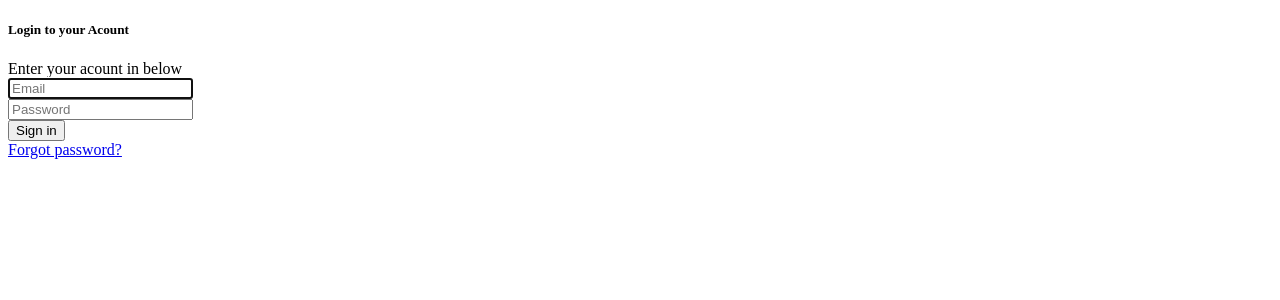
Repository: dionannd/laravel-inventory
Page: http://localhost/login
These files come from the project's save history. The page is drawn as it stood at one moment and after a run of saves; the edit follows.
The browser window is 1280 px wide. The pictures show the whole page.
The page is served by the project's Laravel application, run on PHP 8.4 with Laravel 8. Other server files are loaded and not shown.

Above is the page before, as saved 2019-08-02 19:28:01.

### app/Helpers/Helper.php
<?php

/**
 * Set any link as active by adding active class.
 * @param [url] $uri  Current URI.
 * @param string $output CSS class name.
 */

function set_active($uri, $output = 'active')
{
	if ( is_array($uri) ) {
		foreach ($uri as $u) {
			if (Route::is($u)) {
				return $output;
			}
		}
	} else {
		if (Route::is($uri)) {
			return $output;
		}
	}
}

function set_open($uri, $output = 'nav-item-expanded nav-item-open')
{
	if ( is_array($uri) ) {
		foreach ($uri as $u) {
			if (Route::is($u)) {
				return $output;
			}
		}
	} else {
		if (Route::is($uri)) {
			return $output;
		}
	}
}

### app/Providers/AppServiceProvider.php
<?php

namespace App\Providers;

use Illuminate\Support\ServiceProvider;
use Illuminate\Support\Facades\Blade;

class AppServiceProvider extends ServiceProvider
{
    /**
     * Register any application services.
     *
     * @return void
     */
    public function register()
    {
        //
    }

    /**
     * Bootstrap any application services.
     *
     * @return void
     */
    public function boot()
    {
        Blade::withoutComponentTags();
    }
}

### routes/web.php
<?php

use Illuminate\Support\Facades\Route;

/*
|--------------------------------------------------------------------------
| Web Routes
|--------------------------------------------------------------------------
|
| Here is where you can register web routes for your application. These
| routes are loaded by the RouteServiceProvider within a group which
| contains the "web" middleware group. Now create something great!
|
*/

Route::get('/', function () {
    return view('auth.login');
});

Auth::routes();

Route::group(['middleware' => 'auth:web'], function(){
    Route::get('/home', 'HomeController@index')->name('home');
    // Category Route
    Route::resource('category', 'CategoryController');
    // Place Route
    Route::resource('/place', 'PlaceController');
    // Product Route
    Route::get('/product/delete/{id}','ProductController@destroy')->name('product.destroy');
    Route::resource('/product', 'ProductController');
    // Customer Route
    Route::get('/customer/delete/{id}', 'CustomerController@destroy')->name('customer.destroy');
    Route::resource('/customer', 'CustomerController');
    // Supplier Route
    Route::get('/supplier/delete/{id}', 'SupplierController@destroy')->name('supplier.destroy');
    Route::resource('/supplier', 'SupplierController');
    // Sales Route
    Route::get('/sales/delete/{id}', 'SalesController@destroy')->name('sales.destroy');
    Route::resource('/sales', 'SalesController');
    // Price Sales from Product
    Route::post('/sales/price', 'SalesController@getPrice')->name('sales.price');
    // Inovoice Sales
    Route::get('sales/show/{id}', 'SalesController@show')->name('sales.show');
    // Purchase Route
    Route::get('/purchase/delete/{id}', 'PurchaseController@destroy')->name('purchase.destroy');
    Route::resource('/purchase', 'PurchaseController');
    // Approve Purchase
    Route::get('/purchase/approve/{id}', 'PurchaseController@approve')->name('purchase.approve');
    // Excel Purchase
    Route::get('purchase/export_pdf/{id}', 'PurchaseController@export_pdf')->name('purchase.pdf');
    // Invoice Purchase
    Route::get('purchase/show/{id}', 'PurchaseController@show')->name('purchase.show');
    // Finance Route
    Route::get('/finance/delete/{id}', 'FinanceController@destroy')->name('finance.destroy');
    Route::resource('/finance', 'FinanceController');
    // CashOut Route
    Route::resource('/cashout', 'CashoutController');
    Route::get('/cashout/delete/{id}', 'CashoutController@destroy')->name('cashout.destroy');
    // Loss Route
    Route::get('/loss/delete/{id}', 'LossController@destroy')->name('loss.destroy');
    Route::resource('loss', 'LossController');
    // Get data from Sales
    Route::post('/loss/purchase', 'LossController@getData')->name('loss.getdata');
});

### app/Http/Controllers/Auth/LoginController.php
<?php

namespace App\Http\Controllers\Auth;

use App\Http\Controllers\Controller;
use Illuminate\Foundation\Auth\AuthenticatesUsers;

class LoginController extends Controller
{
    /*
    |--------------------------------------------------------------------------
    | Login Controller
    |--------------------------------------------------------------------------
    |
    | This controller handles authenticating users for the application and
    | redirecting them to your home screen. The controller uses a trait
    | to conveniently provide its functionality to your applications.
    |
    */

    public function formLogin()
    {
        return view('login.pages.index');
    }

    use AuthenticatesUsers;

    /**
     * Where to redirect users after login.
     *
     * @var string
     */
    protected $redirectTo = '/home';

    /**
     * Create a new controller instance.
     *
     * @return void
     */
    public function __construct()
    {
        $this->middleware('guest')->except('logout');
    }
}

### resources/views/auth/login.blade.php
@extends('layouts.login.master')

@section('content')
<!-- Content area -->
<div class="content d-flex justify-content-center align-items-center">

    <!-- Login form -->
    <form class="login-form" method="POST" action="{{ route('login') }}">
        @csrf

        <div class="card mb-0">
            <div class="card-body">
                <div class="text-center mb-3">
                    <i class="icon-reading icon-2x text-warning-400 border-warning-400 border-3 rounded-round p-3 mb-3 mt-1"></i>
                    <h5 class="mb-0">Login to your Acount</h5>
                    <span class="d-block text-muted">Enter your acount in below</span>
                </div>

                <div class="form-group form-group-feedback form-group-feedback-left">
                    <input type="email" id="email" name="email" class="form-control @error('email') is-invalid @enderror" placeholder="Email" required autofocus>

                    @error('email')
                        <span class="invalid-feedback" role="alert">
                            <strong>{{ $message }}</strong>
                        </span>
                    @enderror
                    <div class="form-control-feedback">
                        <i class="icon-user text-muted"></i>
                    </div>
                </div>

                <div class="form-group form-group-feedback form-group-feedback-left">
                    <input type="password" id="password" name="password" class="form-control @error('password') is-invalid @enderror" placeholder="Password" required>

                    @error('password')
                        <span class="invalid-feedback" role="alert">
                            <strong>{{ $message }}</strong>
                        </span>
                    @enderror
                    <div class="form-control-feedback">
                        <i class="icon-lock2 text-muted"></i>
                    </div>
                </div>

                <div class="form-group">
                    <button type="submit" class="btn btn-primary btn-block">Sign in <i class="icon-circle-right2 ml-2"></i></button>
                </div>

                <div class="text-center">
                    <a href="{{ route('password.request') }}">Forgot password?</a>
                </div>
            </div>
        </div>
    </form>
    <!-- /login form -->

</div>
<!-- /content area -->
@endsection

### resources/views/layouts/login/master.blade.php
<!DOCTYPE html>
<html lang="{{ str_replace('_', '-', app()->getLocale()) }}">
    <head>
        <meta charset="utf-8">
        <meta http-equiv="X-UA-Compatible" content="IE=edge">
        <meta name="viewport" content="width=device-width, initial-scale=1, shrink-to-fit=no">

        <!-- CSRF Token -->
        <meta name="csrf-token" content="{{ csrf_token() }}">

        <title>@yield('title')</title>

        <!-- Global stylesheets -->
        <link href="https://fonts.googleapis.com/css?family=Roboto:400,300,100,500,700,900" rel="stylesheet" type="text/css">
        <link href="{{ asset('css/icons/icomoon/styles.css') }}" rel="stylesheet" type="text/css">
        <link href="{{ asset('css/bootstrap.min.css') }}" rel="stylesheet" type="text/css">
        <link href="{{ asset('css/bootstrap_limitless.min.css') }}" rel="stylesheet" type="text/css">
        <link href="{{ asset('css/layout.min.css') }}" rel="stylesheet" type="text/css">
        <link href="{{ asset('css/components.min.css') }}" rel="stylesheet" type="text/css">
        <link href="{{ asset('css/colors.min.css') }}" rel="stylesheet" type="text/css">
        <!-- /global stylesheets -->

        <!-- Core JS files -->
        <script src="{{ asset('js/main/jquery.min.js') }}"></script>
        <script src="{{ asset('js/main/bootstrap.bundle.min.js') }}"></script>
        <script src="{{ asset('js/plugins/loaders/blockui.min.js') }}"></script>
        <!-- /core JS files -->

        <!-- Theme JS files -->
        <script src="{{ asset('js/app.js') }}"></script>
        <script src="{{ asset('js/plugins/forms/styling/uniform.min.js') }}"></script>
        <!-- /theme JS files -->

    </head>

<body class="bg-slate-800">

    <!-- Page content -->
    <div class="page-content">
        <!-- Main content -->
        <div class="content-wrapper">

            @yield('content')

        </div>
    </div>

</body>
</html>

Loaded but not shown: app/Http/Controllers/Controller.php (common file)

After the next 2 saves:
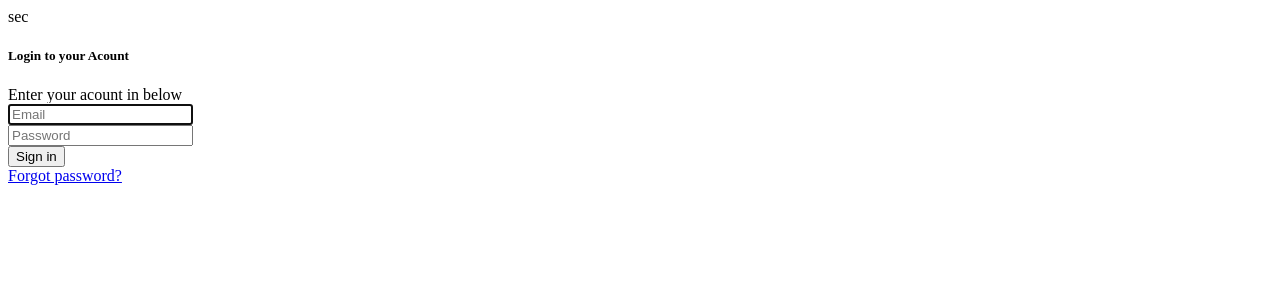
The 2 saves are shown as one change because they came seconds apart.
The last was saved 13 s later.
--- a/resources/views/auth/login.blade.php
+++ b/resources/views/auth/login.blade.php
@@ -1,4 +1,6 @@
 @extends('layouts.login.master')
+
+sec
 
 @section('content')
 <!-- Content area -->

After the 3 saves that followed:
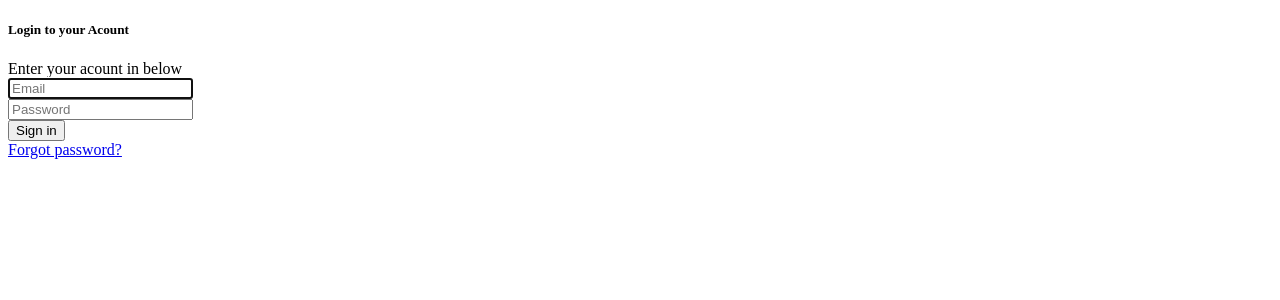
The 3 saves are shown as one change because they came seconds apart.
The last was saved 8 s later.
--- a/resources/views/auth/login.blade.php
+++ b/resources/views/auth/login.blade.php
@@ -1,6 +1,8 @@
 @extends('layouts.login.master')
 
-sec
+@section('title')
+    <title>Login</title>
+@endsection
 
 @section('content')
 <!-- Content area -->
